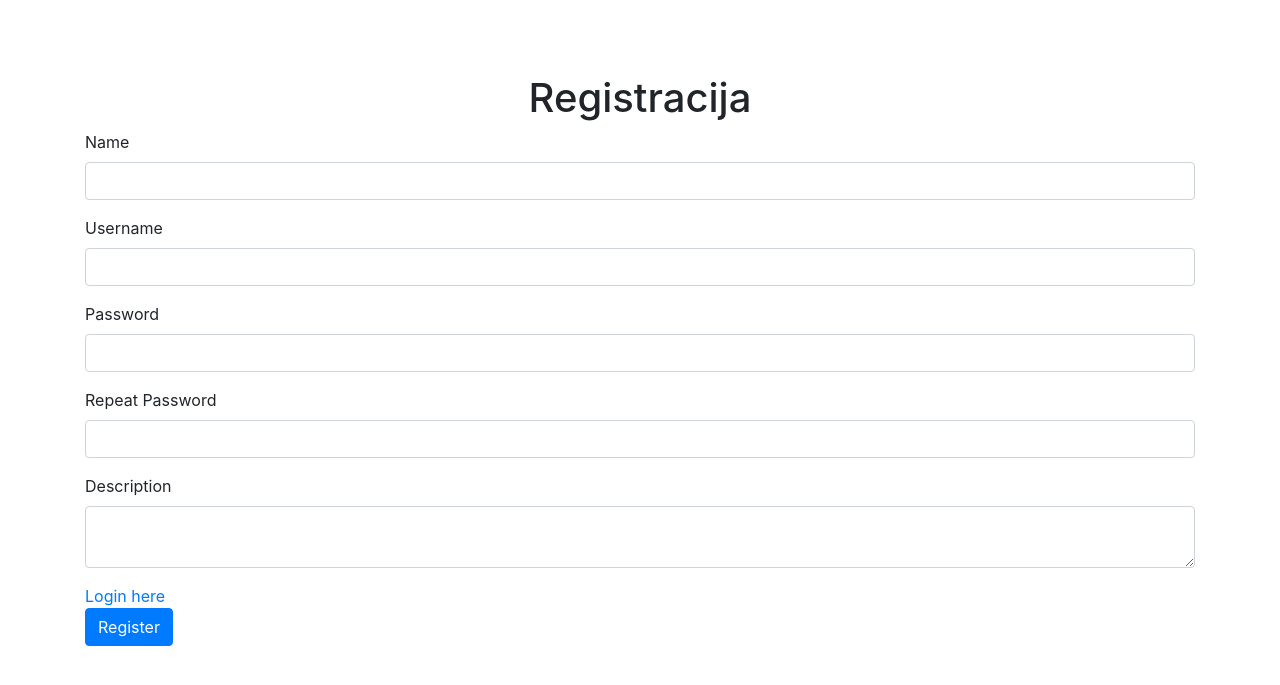
Repository: motiejus1/15-paskaita-PHP-05.31
Page: http://localhost/register.php
An editor plug-in stored every save of this project. The page is shown before and after a run of saves, followed by the edit.
The browser window is 1280 px wide. The pictures show the whole page.
Some web libraries are served in a nearby version. The page is run by PHP 8.4 with error messages shown; the project is at /var/www/html/.

Above is the page before, as saved 2021-08-16 20:53:24.

### register.php
<?php
    require_once("connection.php");
?>

<!DOCTYPE html>
<html lang="en">
<head>
    <meta charset="UTF-8">
    <meta http-equiv="X-UA-Compatible" content="IE=edge">
    <meta name="viewport" content="width=device-width, initial-scale=1.0">
    <title>Register</title>

    <?php require_once("includes.php"); ?>

    <style>
        h1 {
            text-align: center;
        }

        .container {
            position:absolute;
            top:50%;
            left:50%;
            transform: translateY(-50%) translateX(-50%);
        }
    </style>

</head>
<body>


<?php
    if(isset($_GET["submit"])) {
        // if(isset($_GET["username"]) && isset($_GET["password"]) && !empty($_GET["username"]) && !empty($_GET["password"])) {

        // }

        //pasiimti varda, slapyvardi, abu slaptazodzius, aprasyma
        //Slapyvardi(elektronini pasta) mes turetume patikrinti ar tokio zmogaus jau duomenu nera x
       // musu irasas turetu prisideti i duomenu baze

       $name =$_GET["name"];
       $username =$_GET["username"];
       $password =$_GET["password"];
       $repeat_password = $_GET["repeat-password"];
       $description = $_GET["description"];

       //
       $sql = "SELECT * FROM `uzsiregistrave_vartotojai` WHERE slapyvardis='$username' ";
       $result = $conn->query($sql);// objekta kuriame
       //yra nurodytas kintamasis, kuris parodo kiek eiluciu rezultato yra gauta
       $class= "danger";
       if($result->num_rows == 1) {
           $message = "Toks vartotojas duomenu bazėje jau yra";
       } else {
          if($password==$repeat_password){

            $sql = "INSERT INTO `uzsiregistrave_vartotojai`(`vardas`, `slapyvardis`, `slaptazodis`, `teises_id`, `aprasymas`)
            VALUES ('$name','$username','$password',1,'$description')";

            if(mysqli_query($conn, $sql)) {
                $class= "success";
                $message = "Vartotojas sukurtas sekmingai";
            } else {
                $message = "Kazkas ivyko negerai";
            }

          } else {
            $message = "Slaptažodžiai nesutampa";
          }
       }

       // 0 arba 1

    }
?>

<div class="container">
        <h1>Registracija</h1>
        <form action="register.php" method="get">
            <div class="form-group">
                <label for="name">Name</label>
                <input class="form-control" type="text" name="name" required="true" value="


                " />
            </div>
            <div class="form-group">
                <label for="username">Username</label>
                <input class="form-control" type="text" name="username" required="true" />
            </div>
            <div class="form-group">
                <label for="password">Password</label>
                <input class="form-control" type="password" name="password" required="true" />
            </div>
            <div class="form-group">
                <label for="repeat-password">Repeat Password</label>
                <input class="form-control" type="password" name="repeat-password" required="true" />
            </div>

            <div class="form-group">
                <label for="description">Description</label>
                <textarea class="form-control" type="password" name="description"></textarea>
            </div>

            <?php if(isset($message)) { ?>
                <div class="alert alert-<?php echo $class; ?>" role="alert">
                    <?php echo $message; ?>
                </div>
            <?php } ?>

            <a href="login.php">Login here</a><br>
            <button class="btn btn-primary" type="submit" name="submit">Register</button>
        </form>
    </div>
</body>
</html>

### connection.php
<?php

$database_server = 'localhost';
$database_username = 'root';
$database_password = '';
$database_name = 'klientuvaldymosistema';

// Create connection using mysqli_connect()
$conn = mysqli_connect($database_server, $database_username, $database_password, $database_name);

// If $conn is false, connection is failed
if (!$conn ) {
  die("Failed to connect to MySQL: " . mysqli_connect_error());
}
// else {
    // echo "Prisijungimas ivyko sekmingai";
// }

?>

### includes.php
<?php

//Mums prireike biblioteku, ir mes jau susikurem 25 puslapius
echo '
<link rel="stylesheet" href="https://maxcdn.bootstrapcdn.com/bootstrap/4.0.0/css/bootstrap.min.css" integrity="sha384-Gn5384xqQ1aoWXA+058RXPxPg6fy4IWvTNh0E263XmFcJlSAwiGgFAW/dAiS6JXm" crossorigin="anonymous">
<script src="https://code.jquery.com/jquery-3.2.1.slim.min.js" integrity="sha384-KJ3o2DKtIkvYIK3UENzmM7KCkRr/rE9/Qpg6aAZGJwFDMVNA/GpGFF93hXpG5KkN" crossorigin="anonymous"></script>
<script src="https://cdnjs.cloudflare.com/ajax/libs/popper.js/1.12.9/umd/popper.min.js" integrity="sha384-ApNbgh9B+Y1QKtv3Rn7W3mgPxhU9K/ScQsAP7hUibX39j7fakFPskvXusvfa0b4Q" crossorigin="anonymous"></script>
<script src="https://maxcdn.bootstrapcdn.com/bootstrap/4.0.0/js/bootstrap.min.js" integrity="sha384-JZR6Spejh4U02d8jOt6vLEHfe/JQGiRRSQQxSfFWpi1MquVdAyjUar5+76PVCmYl" crossorigin="anonymous"></script>
';

?>

After the next 3 saves:
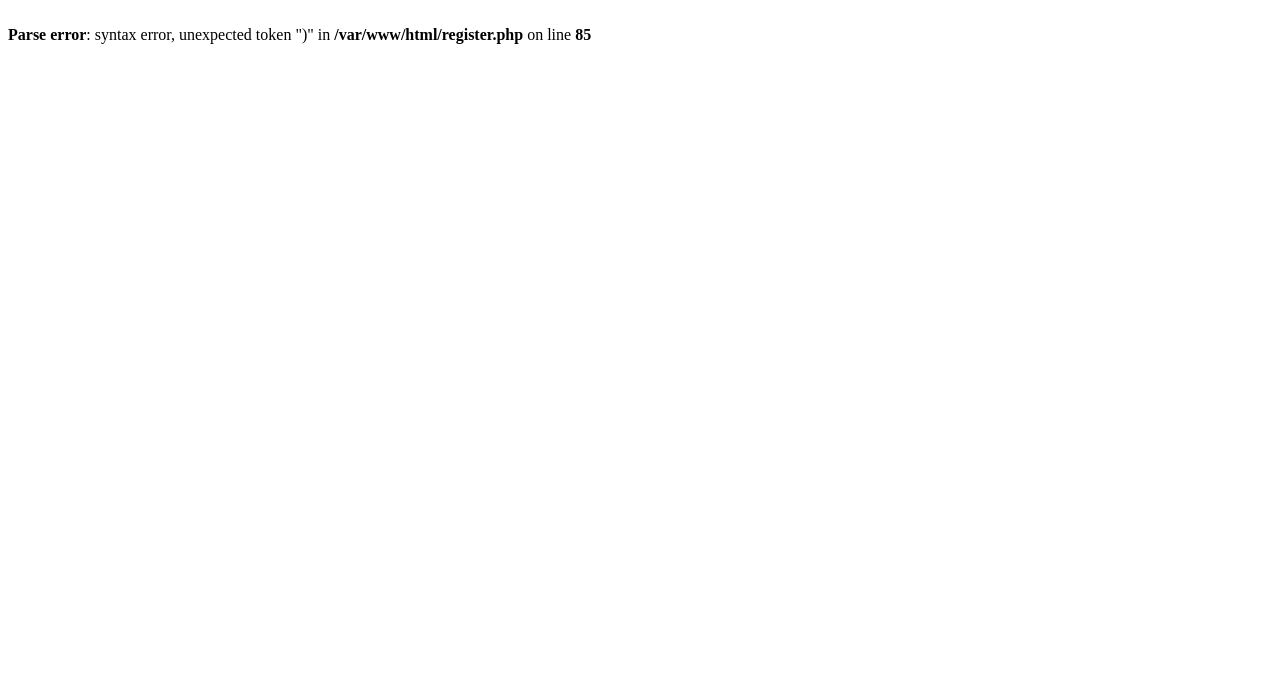
The 3 saves are shown as one change because they came seconds apart.
The last was saved 10 s later.
--- a/register.php
+++ b/register.php
@@ -81,8 +81,9 @@
             <div class="form-group">
                 <label for="name">Name</label>
                 <input class="form-control" type="text" name="name" required="true" value="
-
-
+                <?php
+                    if()
+                ?>
                 " />
             </div>
             <div class="form-group">

After the 2 saves that followed:
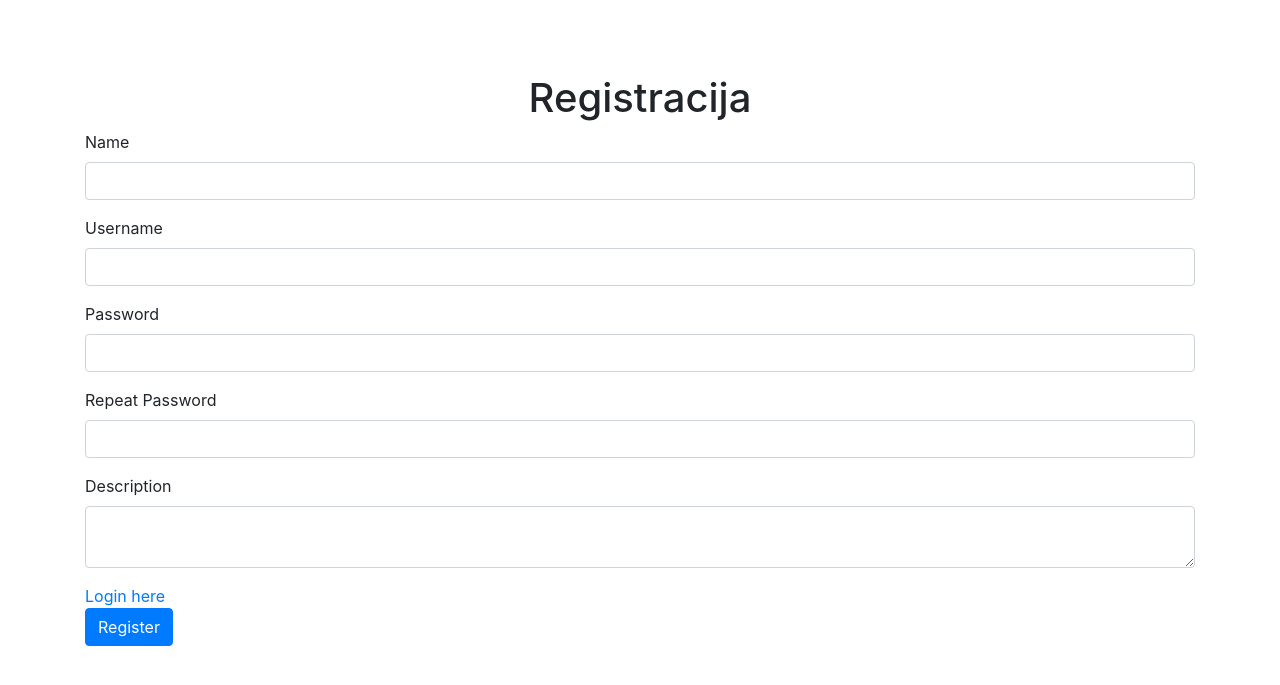
The 2 saves are shown as one change because they came seconds apart.
The last was saved 7 s later.
--- a/register.php
+++ b/register.php
@@ -82,7 +82,7 @@
                 <label for="name">Name</label>
                 <input class="form-control" type="text" name="name" required="true" value="
                 <?php
-                    if()
+                    if(isset($name))
                 ?>
                 " />
             </div>
